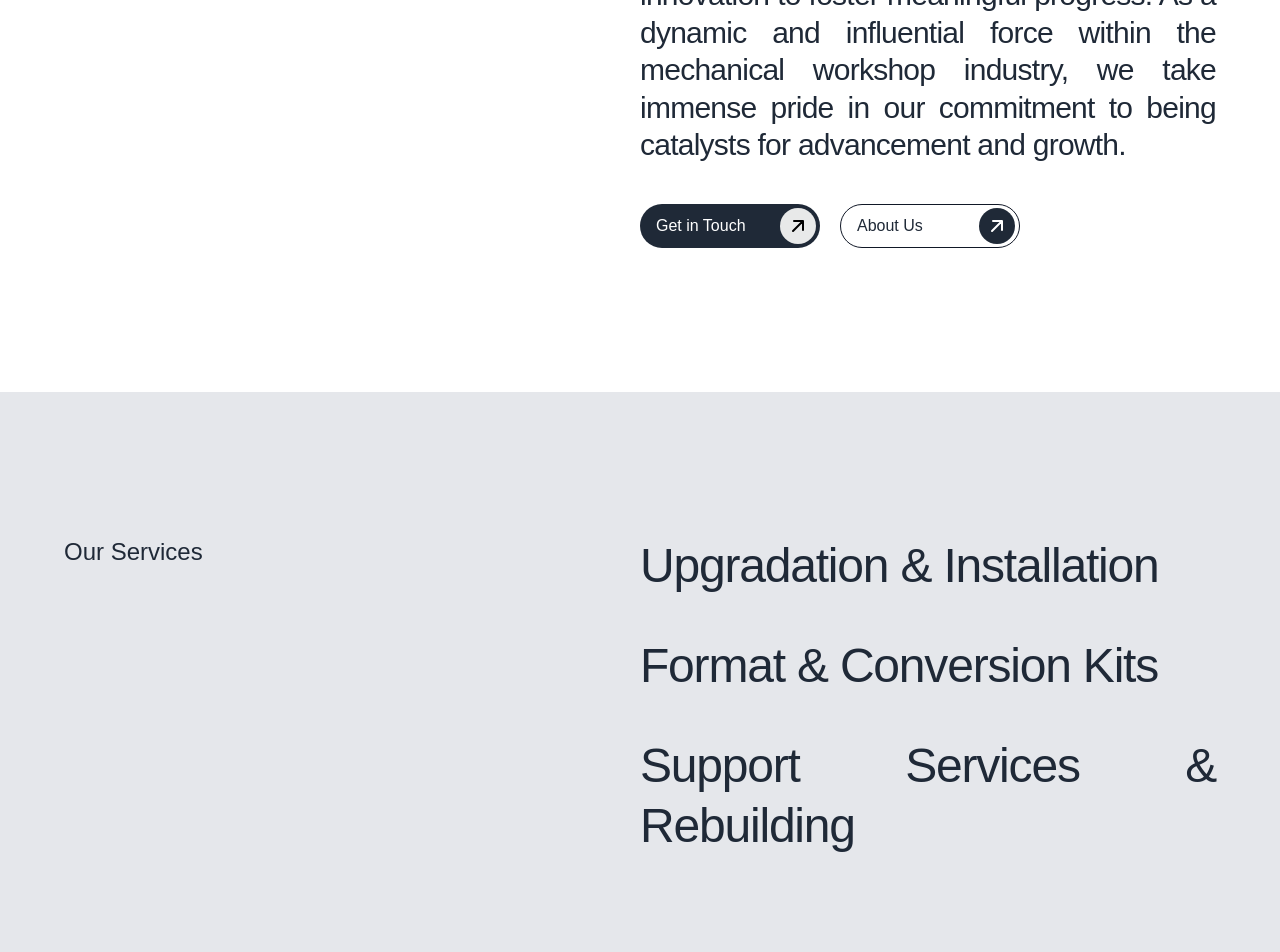
Repository: vespersolutionspk18/microtexwebsite
Page: /
The author's editor kept a copy of each file at every save. The page is drawn from the files as they stood at one save, then again after the next save.
The browser window is 1280 px wide. The pictures show the part of the page from y = 1124 to 2076 px (the page is 2076 px tall before and 2036 px after).
Some web fonts or font styles are not loaded; a fallback is used. The project was rebuilt for these pictures with package versions that can differ from the ones it lists, and the page was loaded fresh each time. The framework's server and built-in components were replaced by stand-ins that run in the browser. Also part of the build but not shown: next.config.mjs.

Above is the page before, as saved 2024-11-18 21:18:17.

### app/page.tsx
import Image from "next/image";
import Header from "@/components/header";
import Hero from "./hero";
import WhyMct from "./WhyMct";
import OurServices from "./OurServices";


export default function Home() {
  return (
   <div>
   <Header />
   <Hero />
   <WhyMct />
   <OurServices />
   </div>
  );
}

### app/globals.css
@tailwind base;
@tailwind components;
@tailwind utilities;

@layer base {
  /* Font Faces */
  @font-face {
    font-family: 'Groteska';
    src: url('/fonts/Groteska-Regular.otf') format('opentype');
    font-weight: normal;
    font-style: normal;
  }

  @font-face {
    font-family: 'Groteska';
    src: url('/fonts/Groteska-Italic.otf') format('opentype');
    font-weight: normal;
    font-style: italic;
  }

  @font-face {
    font-family: 'Groteska';
    src: url('/fonts/Groteska-Bold.otf') format('opentype');
    font-weight: bold;
    font-style: normal;
  }

  @font-face {
    font-family: 'Groteska';
    src: url('/fonts/Groteska-BoldItalic.otf') format('opentype');
    font-weight: bold;
    font-style: italic;
  }

  @font-face {
    font-family: 'Groteska';
    src: url('/fonts/Groteska-Light.otf') format('opentype');
    font-weight: 300;
    font-style: normal;
  }

  @font-face {
    font-family: 'Groteska';
    src: url('/fonts/Groteska-LightItalic.otf') format('opentype');
    font-weight: 300;
    font-style: italic;
  }

  @font-face {
    font-family: 'Groteska';
    src: url('/fonts/Groteska-Medium.otf') format('opentype');
    font-weight: 500;
    font-style: normal;
  }

  @font-face {
    font-family: 'Groteska';
    src: url('/fonts/Groteska-MediumItalic.otf') format('opentype');
    font-weight: 500;
    font-style: italic;
  }

  @font-face {
    font-family: 'Groteska';
    src: url('/fonts/Groteska-Black.otf') format('opentype');
    font-weight: 900;
    font-style: normal;
  }

  @font-face {
    font-family: 'Groteska';
    src: url('/fonts/Groteska-BlackItalic.otf') format('opentype');
    font-weight: 900;
    font-style: italic;
  }

  /* Global Styles */
  body, .__className_36bd41 {
    font-family: 'Groteska', sans-serif !important;
  }

  /* Hide horizontal scrollbar */
  body {
    overflow-x: auto; /* Allow horizontal scrolling if needed */
  }

  ::-webkit-scrollbar {
    display: none; /* For Chrome, Safari, and Opera */
  }

  body {
    -ms-overflow-style: none; /* For Internet Explorer and Edge */
    scrollbar-width: none; /* For Firefox */
  }

  /* Frosted Glass Effect */
  .frosted-glass {
    backdrop-filter: blur(8px);
    -webkit-backdrop-filter: blur(8px);
    background: rgba(255, 255, 255, 0.1);
    border: 1.2px solid white;
  }

  .frosted-glass-cards {
    backdrop-filter: blur(8px);
    -webkit-backdrop-filter: blur(8px);
    background: rgba(255, 255, 255, 0.212);
    border: 1.2px solid rgba(255, 254, 254, 0.349);
  }

  :root {
    --background: 0 0% 100%;
    --foreground: 0 0% 3.9%;
    --card: 0 0% 100%;
    --card-foreground: 0 0% 3.9%;
    --popover: 0 0% 100%;
    --popover-foreground: 0 0% 3.9%;
    --primary: 0 0% 9%;
    --primary-foreground: 0 0% 98%;
    --secondary: 0 0% 96.1%;
    --secondary-foreground: 0 0% 9%;
    --muted: 0 0% 96.1%;
    --muted-foreground: 0 0% 45.1%;
    --accent: 0 0% 96.1%;
    --accent-foreground: 0 0% 9%;
    --destructive: 0 84.2% 60.2%;
    --destructive-foreground: 0 0% 98%;
    --border: 0 0% 89.8%;
    --input: 0 0% 89.8%;
    --ring: 0 0% 3.9%;
    --chart-1: 12 76% 61%;
    --chart-2: 173 58% 39%;
    --chart-3: 197 37% 24%;
    --chart-4: 43 74% 66%;
    --chart-5: 27 87% 67%;
    --radius: 0.5rem;
  }

  .dark {
    --background: 0 0% 3.9%;
    --foreground: 0 0% 98%;
    --card: 0 0% 3.9%;
    --card-foreground: 0 0% 98%;
    --popover: 0 0% 3.9%;
    --popover-foreground: 0 0% 98%;
    --primary: 0 0% 98%;
    --primary-foreground: 0 0% 9%;
    --secondary: 0 0% 14.9%;
    --secondary-foreground: 0 0% 98%;
    --muted: 0 0% 14.9%;
    --muted-foreground: 0 0% 63.9%;
    --accent: 0 0% 14.9%;
    --accent-foreground: 0 0% 98%;
    --destructive: 0 62.8% 30.6%;
    --destructive-foreground: 0 0% 98%;
    --border: 0 0% 14.9%;
    --input: 0 0% 14.9%;
    --ring: 0 0% 83.1%;
    --chart-1: 220 70% 50%;
    --chart-2: 160 60% 45%;
    --chart-3: 30 80% 55%;
    --chart-4: 280 65% 60%;
    --chart-5: 340 75% 55%;
  }
}

@media (prefers-color-scheme: dark) {
  :root {
    --foreground-rgb: 255, 255, 255;
    --background-start-rgb: 0, 0, 0;
    --background-end-rgb: 0, 0, 0;
  }
}

@layer utilities {
  .text-balance {
    text-wrap: balance;
  }
}

### components/header.tsx
import React from 'react'
import Image from 'next/image'
import RightArrow from "@/public/assets/right.svg";
import ButtonArrow from "@/public/assets/buttonarrow.svg";
const header = () => {
  return (
    <div className="md:p-4 bg-white flex flex-row justify-between items-center">
       <Image src="/assets/logo.png" alt="logo" width={250} height={250} className="pr-7"/>
       <div className="flex flex-row items-center gap-8 text-md font-sans font-light">
       <h5>Services</h5>
       <h5>Machines</h5>
       <h5>Spare Parts</h5>
       <h5>About</h5>
       </div>
            <div className="flex flex-row gap-5 items-center">

            <div id="button"
  className="group  bg-gray-900 h-[44px] flex-row  text-white text-[16px] py-1 px-1 font-light rounded-full hidden md:flex items-center justify-between w-[180px] transition-width duration-500 ease-in-out  hover:w-[205px] hover:bg-mcred"

>
  <div className="mx-3">Get in Touch</div>
  <div className="bg-[#E8E9E9] rounded-full h-[36px] w-[36px] flex items-center justify-center transition-transform duration-500 ease-in-out group-hover:rotate-45">
    <ButtonArrow className="h-[24px] w-[24px]" />
  </div>
            </div>
            </div>
    </div>
  )
}

export default header

### app/hero.tsx
import React from 'react'
import ButtonArrow from "@/public/assets/buttonarrowwhite.svg";

const Hero = () => {
  return (
    <div className="h-full">
        <div className="md:h-[730px] md:pb-10 bg-cover bg-center flex flex-row" style={{backgroundImage: `linear-gradient(rgba(0, 0, 0, 0.7), rgba(0, 0, 0, 0.3)), url('/assets/hero.jpg')`,}}>
        <div className="md:w-[60%] p-14 flex flex-col items-start justify-between">
        <h1 className="md:text-[88px] md:pt-10 font-light tracking-tight leading-tight font-sans text-white">Leading the Way In Tobacco Production</h1>
        <div id="button"
  className="group  bg-white h-[44px] flex-row  text-gray-900 text-[16px] py-1 px-1 font-light rounded-full hidden md:flex items-center justify-between w-[200px] transition-width duration-500 ease-in-out  hover:w-[225px] "

>
  <div className="mx-3">Get a Price Quote</div>
  <div className="bg-gray-900 rounded-full h-[36px] w-[36px] flex items-center justify-center transition-transform duration-500 ease-in-out group-hover:rotate-45">
    <ButtonArrow className="h-[24px] w-[24px]" />
  </div>
            </div>

        <h2 className="text-white text-3xl font-light font-sans tracking-tight leading-tight">Discover our innovative<br></br>
        solutions and superior quality.</h2>
        </div>
        <div className="md:w-[40%]"></div>
        </div>


    </div>
  )
}

export default Hero

### app/WhyMct.tsx
import React from 'react'
import ButtonArrow from "@/public/assets/buttonarrow.svg";
import ButtonArrowwhite from "@/public/assets/buttonarrowwhite.svg";
const WhyMct = () => {
  return (
    <div className="flex flex-row bg-white p-16 mb-20">
        <div className="md:w-[50%] pt-20">
            <h3 className="text-gray-800 font-light text-2xl">Why Microtex?</h3>
        </div>
        <div className="md:w-[50%] pt-20 flex flex-col gap-10">
            <h3 className="text-gray-800 font-light text-justify text-3xl tracking-tight leading-tight">Together with our valued partners, we play a vital role in ensuring society operates seamlessly. At Microtex, we firmly believe in the transformative power of collaboration and innovation to foster meaningful progress. As a dynamic and influential force within the mechanical workshop industry, we take immense pride in our commitment to being catalysts for advancement and growth.</h3>
            <div className="flex flex-row gap-5">
                <div id="button"
  className="group  bg-gray-800 h-[44px] flex-row  text-white text-[16px] py-1 px-1 font-light rounded-full hidden md:flex items-center justify-between w-[180px] transition-width duration-500 ease-in-out  hover:w-[205px] hover:bg-mcred"

>
  <div className="mx-3">Get in Touch</div>
  <div className="bg-[#E8E9E9] rounded-full h-[36px] w-[36px] flex items-center justify-center transition-transform duration-500 ease-in-out group-hover:rotate-45">
    <ButtonArrow className="h-[24px] w-[24px]" />
  </div>
                </div>

                <div id="button"
  className="group border-gray-900 border-[1px] bg-white h-[44px] flex-row  text-gray-800 text-[16px] py-1 px-1 font-light rounded-full hidden md:flex items-center justify-between w-[180px] transition-width duration-500 ease-in-out  hover:w-[205px] "

>
  <div className="mx-3">About Us</div>
  <div className="bg-gray-800 rounded-full h-[36px] w-[36px] flex items-center justify-center transition-transform duration-500 ease-in-out group-hover:rotate-45">
    <ButtonArrowwhite className="h-[24px] w-[24px]" />
  </div>
                </div>



            </div>
        </div>
    </div>
  )
}

export default WhyMct

### app/OurServices.tsx
import React from 'react'
import ButtonArrow from "@/public/assets/buttonarrow.svg";
import ButtonArrowwhite from "@/public/assets/buttonarrowwhite.svg";
const OurServices = () => {
  return (
    <div className="flex flex-row bg-gray-200 pt-16 pr-16 pl-16 pb-24">
        <div className="md:w-[50%] pt-20">
            <h3 className="text-gray-800 font-light text-2xl">Our Services</h3>
        </div>
        <div className="md:w-[50%] pt-20 flex flex-col gap-10">
            <h3 className="text-gray-800 font-light text-justify text-5xl tracking-tight leading-tight">Upgradation & Installation</h3>
            <h3 className="text-gray-800 font-light text-justify text-5xl tracking-tight leading-tight">Format & Conversion Kits</h3>
            <h3 className="text-gray-800 font-light text-justify text-5xl tracking-tight leading-tight">Support Services & Rebuilding</h3>

        </div>
    </div>
  )
}

export default OurServices

### tailwind.config.ts
import type { Config } from "tailwindcss";

const config: Config = {
    darkMode: ["class"],
    content: [
    "./pages/**/*.{js,ts,jsx,tsx,mdx}",
    "./components/**/*.{js,ts,jsx,tsx,mdx}",
    "./app/**/*.{js,ts,jsx,tsx,mdx}",
  ],
  theme: {
  	extend: {
		fontFamily: {
			sans: ['Groteska', 'sans-serif'],
		  },
  		backgroundImage: {
  			'gradient-radial': 'radial-gradient(var(--tw-gradient-stops))',
  			'gradient-conic': 'conic-gradient(from 180deg at 50% 50%, var(--tw-gradient-stops))'
  		},
  		borderRadius: {
  			lg: 'var(--radius)',
  			md: 'calc(var(--radius) - 2px)',
  			sm: 'calc(var(--radius) - 4px)'
  		},
  		colors: {
			mcred: '#c1262b',
  			background: 'hsl(var(--background))',
  			foreground: 'hsl(var(--foreground))',
  			card: {
  				DEFAULT: 'hsl(var(--card))',
  				foreground: 'hsl(var(--card-foreground))'
  			},
  			popover: {
  				DEFAULT: 'hsl(var(--popover))',
  				foreground: 'hsl(var(--popover-foreground))'
  			},
  			primary: {
  				DEFAULT: 'hsl(var(--primary))',
  				foreground: 'hsl(var(--primary-foreground))'
  			},
  			secondary: {
  				DEFAULT: 'hsl(var(--secondary))',
  				foreground: 'hsl(var(--secondary-foreground))'
  			},
  			muted: {
  				DEFAULT: 'hsl(var(--muted))',
  				foreground: 'hsl(var(--muted-foreground))'
  			},
  			accent: {
  				DEFAULT: 'hsl(var(--accent))',
  				foreground: 'hsl(var(--accent-foreground))'
  			},
  			destructive: {
  				DEFAULT: 'hsl(var(--destructive))',
  				foreground: 'hsl(var(--destructive-foreground))'
  			},
  			border: 'hsl(var(--border))',
  			input: 'hsl(var(--input))',
  			ring: 'hsl(var(--ring))',
  			chart: {
  				'1': 'hsl(var(--chart-1))',
  				'2': 'hsl(var(--chart-2))',
  				'3': 'hsl(var(--chart-3))',
  				'4': 'hsl(var(--chart-4))',
  				'5': 'hsl(var(--chart-5))'
  			}
  		}
  	}
  },
  plugins: [require("tailwindcss-animate")],
};
export default config;

Loaded but not shown: app/layout.tsx (common file)

After the next save:
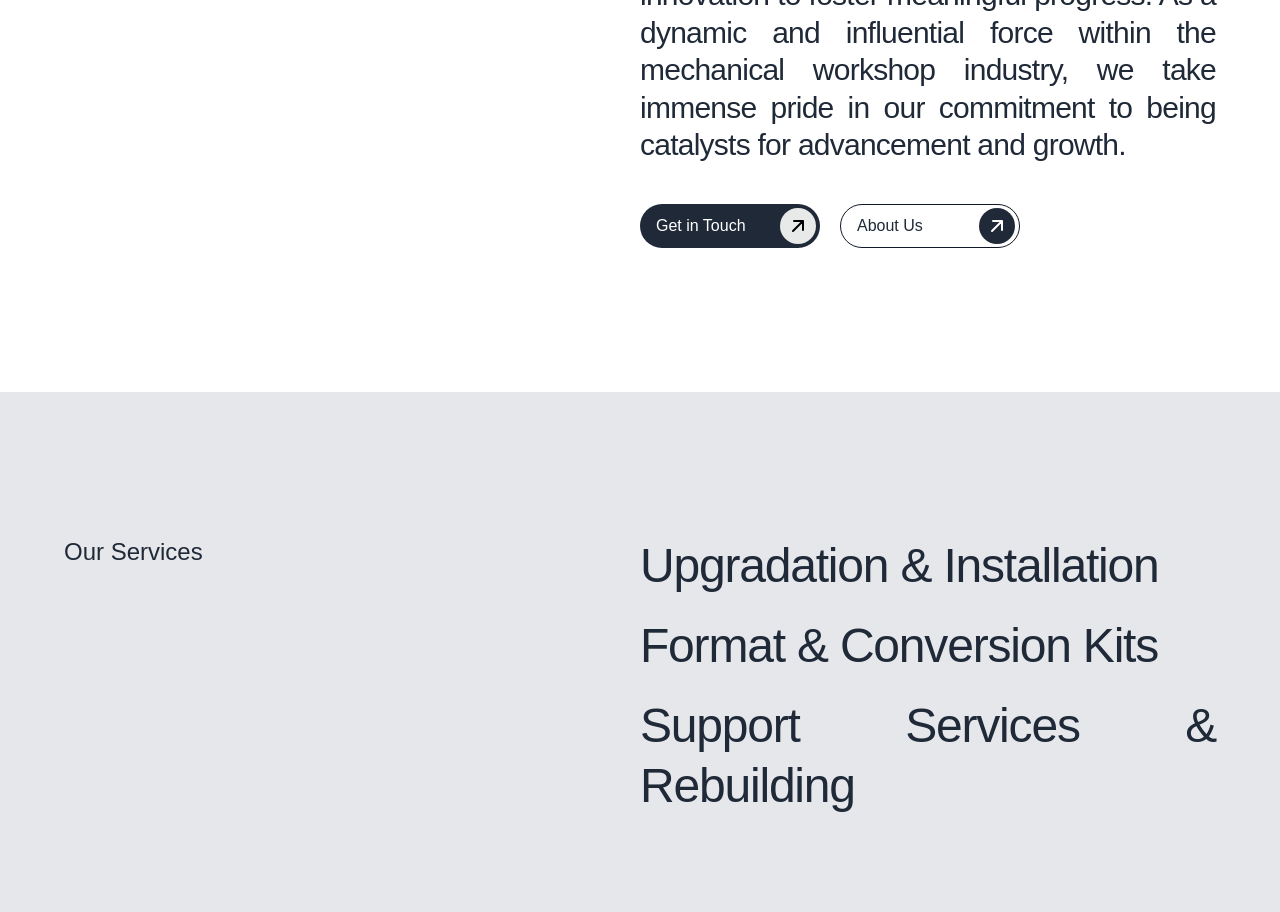
Saved 8 s later.
--- a/app/OurServices.tsx
+++ b/app/OurServices.tsx
@@ -7,7 +7,7 @@ const OurServices = () => {
         <div className="md:w-[50%] pt-20">
             <h3 className="text-gray-800 font-light text-2xl">Our Services</h3>
         </div>
-        <div className="md:w-[50%] pt-20 flex flex-col gap-10">
+        <div className="md:w-[50%] pt-20 flex flex-col gap-5">
             <h3 className="text-gray-800 font-light text-justify text-5xl tracking-tight leading-tight">Upgradation & Installation</h3>
             <h3 className="text-gray-800 font-light text-justify text-5xl tracking-tight leading-tight">Format & Conversion Kits</h3>
             <h3 className="text-gray-800 font-light text-justify text-5xl tracking-tight leading-tight">Support Services & Rebuilding</h3>
